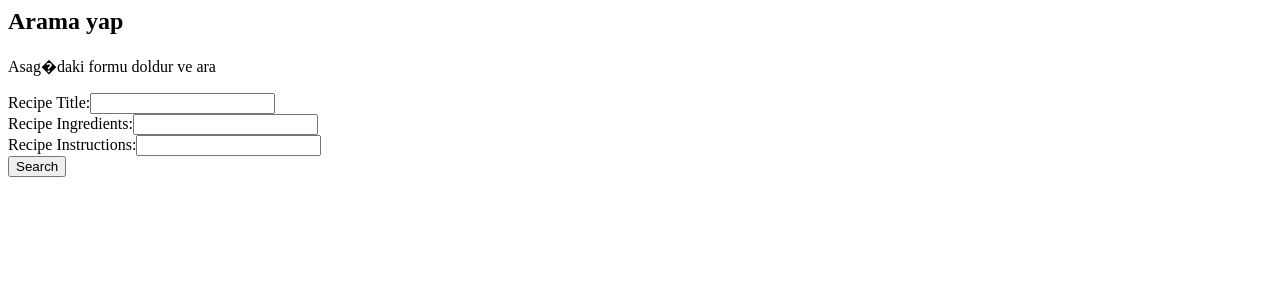
Repository: toprak1919/BaronEmlak
Page: http://localhost/helloworld/showSearchForm.php
The author's editor kept a copy of each file at every save. The page is drawn from the files as they stood at one save, then again after the next save.
The browser window is 1280 px wide. The pictures show the whole page.
The page is run by PHP 8.4 with error messages shown; the project is at /var/www/html/.

Above is the page before, as saved 2020-12-09 01:28:39.

After the next save:
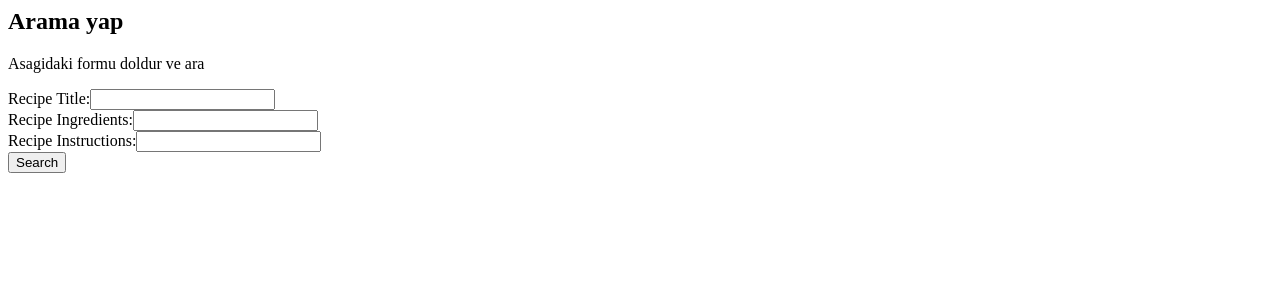
Saved 9 s later.
--- a/helloworld/showSearchForm.php
+++ b/helloworld/showSearchForm.php
@@ -7,7 +7,7 @@
  <div class="form-container">
 
 <h2>Arama yap</h2>
-<p>Asagýdaki formu doldur ve ara</p>
+<p>Asagidaki formu doldur ve ara</p>
 <form action="searchrecipe.php">
 Recipe Title:<input type="text" name="recipeName"></input><br>
 Recipe Ingredients:<input type="text" name="recipeIngredients"></input><br>
